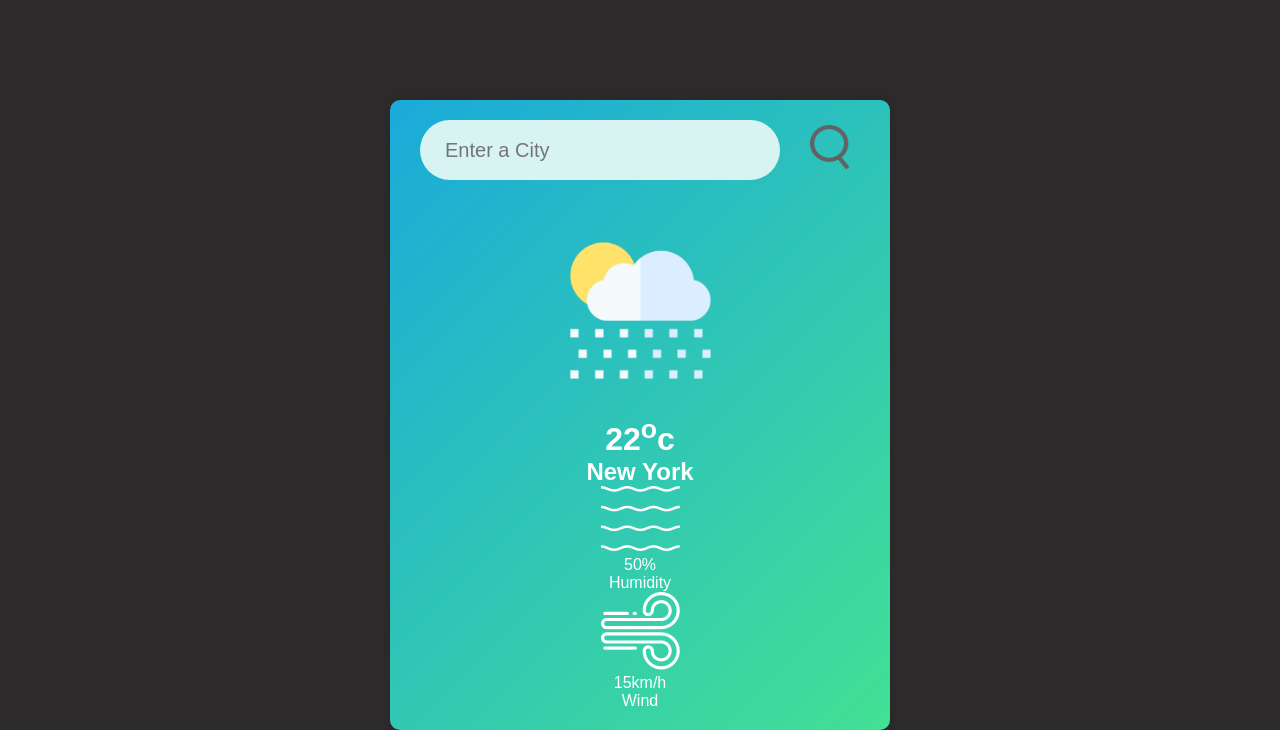
Repository: Haakim19/weatherApp
Page: index.html
An editor plug-in stored every save of this project. The page is shown before and after the next save, followed by the edit.
The browser window is 1280 px wide. The pictures show the whole page.

Above is the page before, as saved 2024-11-16 21:32:56.

After the next save:
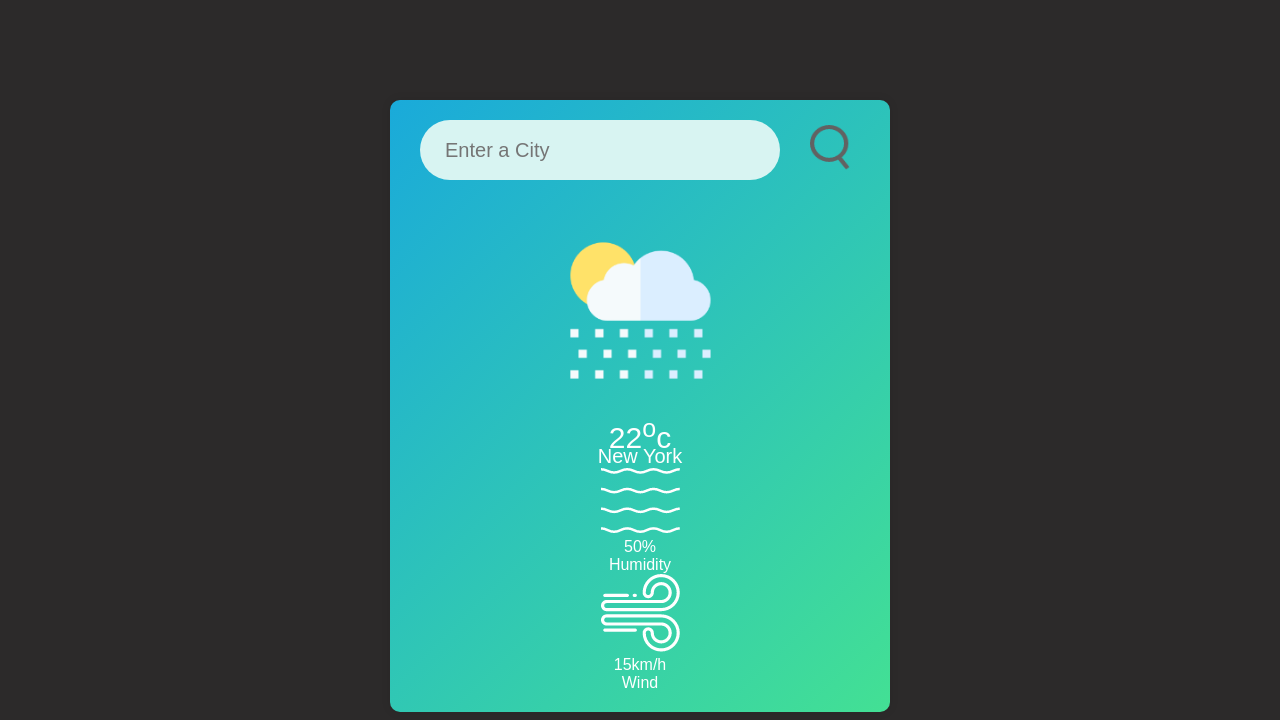
Saved 5 min 48 s later.
--- a/style.css
+++ b/style.css
@@ -56,4 +56,12 @@
     width:200px;
     margin-top: 30px;
 }
-.weather
+.weather h1{
+    font-size: 30px;
+    font-weight: 500;
+}
+.weather h2{
+    font-size: 20px;
+    font-weight: 400;
+    margin-top: -10px;
+}
